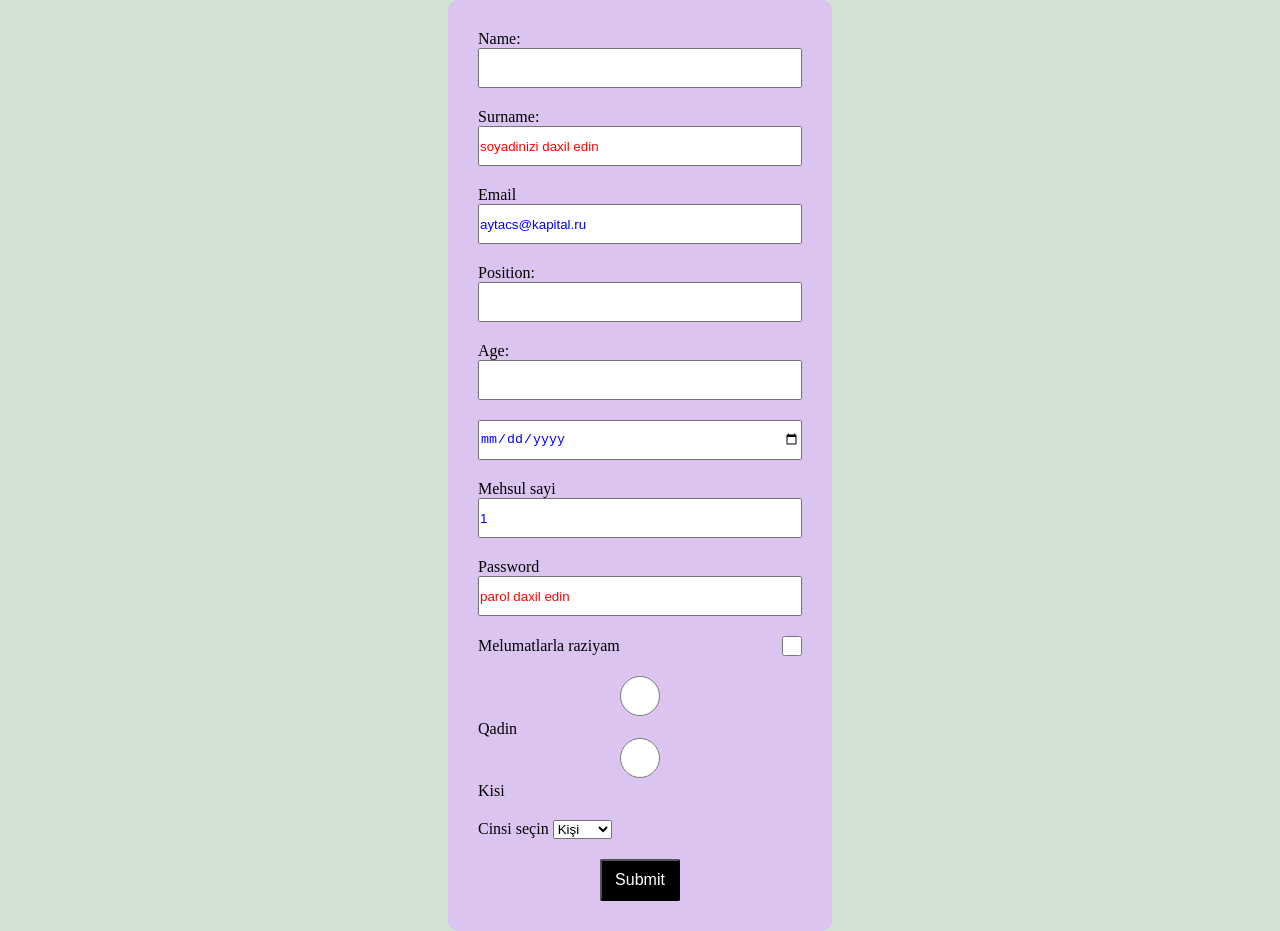
Repository: AytacSafarova/Form-lesson
Page: index.html
The author's editor kept a copy of each file at every save. The page is drawn from the files as they stood at one save, then again after the next save.
The browser window is 1280 px wide. The pictures show the whole page.

Above is the page before, as saved 2023-08-29 14:57:32.

After the next save:
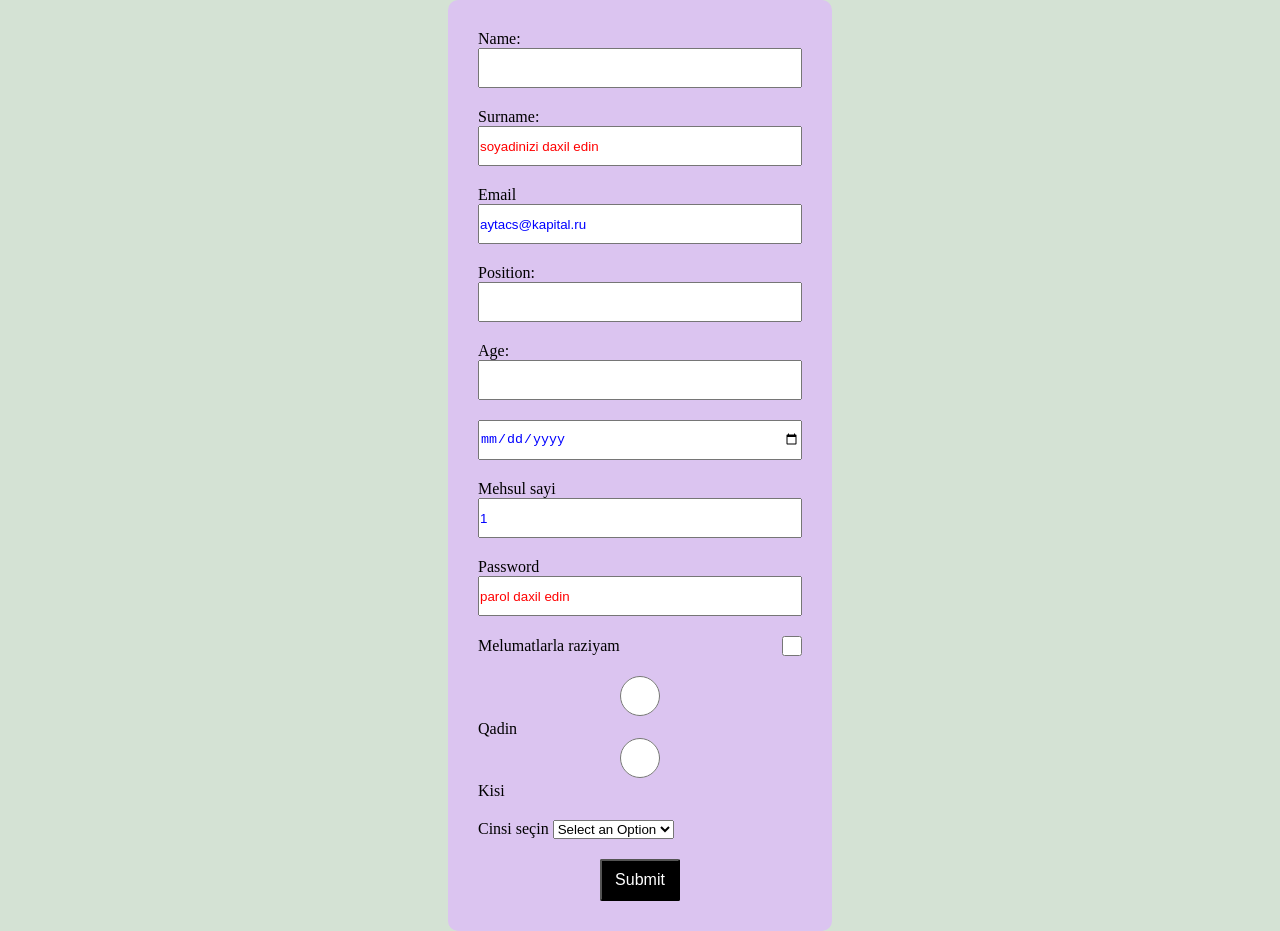
Saved 94 s later.
--- a/index.html
+++ b/index.html
@@ -62,6 +62,9 @@
         <label>
           Cinsi seçin
           <select >
+            <option value="none" selected disabled hidden>
+                Select an Option
+            </option>
             <option value="male">Kişi</option>
 
             <option value="female">Qadın</option>
